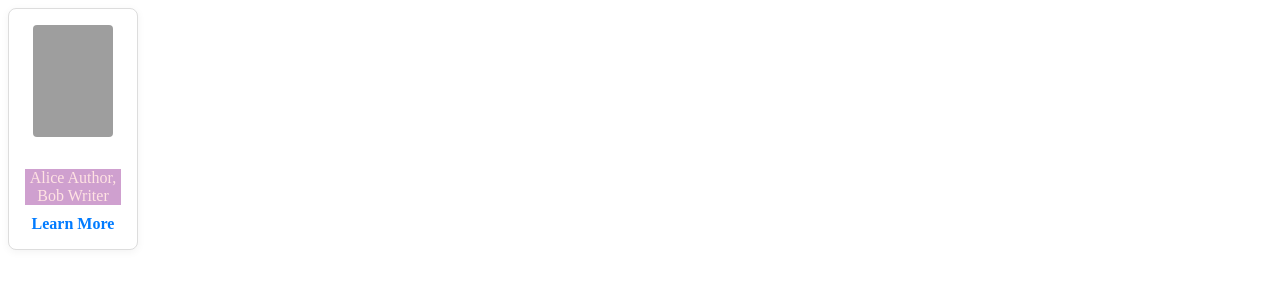
Repository: Micaelavalmores/BookCatalog
Page: /
These files come from the project's save history. The page is drawn as it stood at one moment and after the next save; the edit follows.
The browser window is 1280 px wide. The pictures show the whole page.
Pictures or frames that could not be fetched are drawn as grey boxes. The project was rebuilt for these pictures with package versions that can differ from the ones it lists, and the page was loaded fresh each time. Also part of the build but not shown: vite.config.js, src/index.css.

Above is the page before, as saved 2025-09-16 22:49:53.

After the next save:
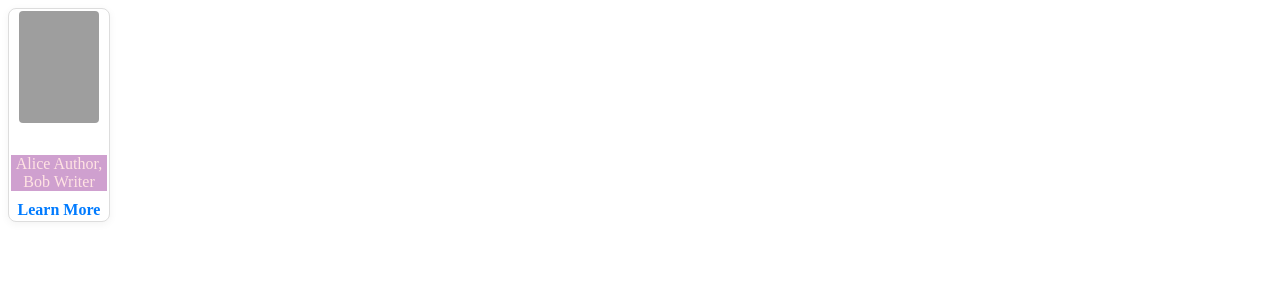
Saved 6 s later.
--- a/src/assets/book.css
+++ b/src/assets/book.css
@@ -2,7 +2,7 @@
     max-width: 6em;
     border: 1px solid #ddd;
     border-radius: 8px;
-    padding: 16px;
+    padding: 2px;
     display: flex;
     flex-direction: column;
     align-items: center;
